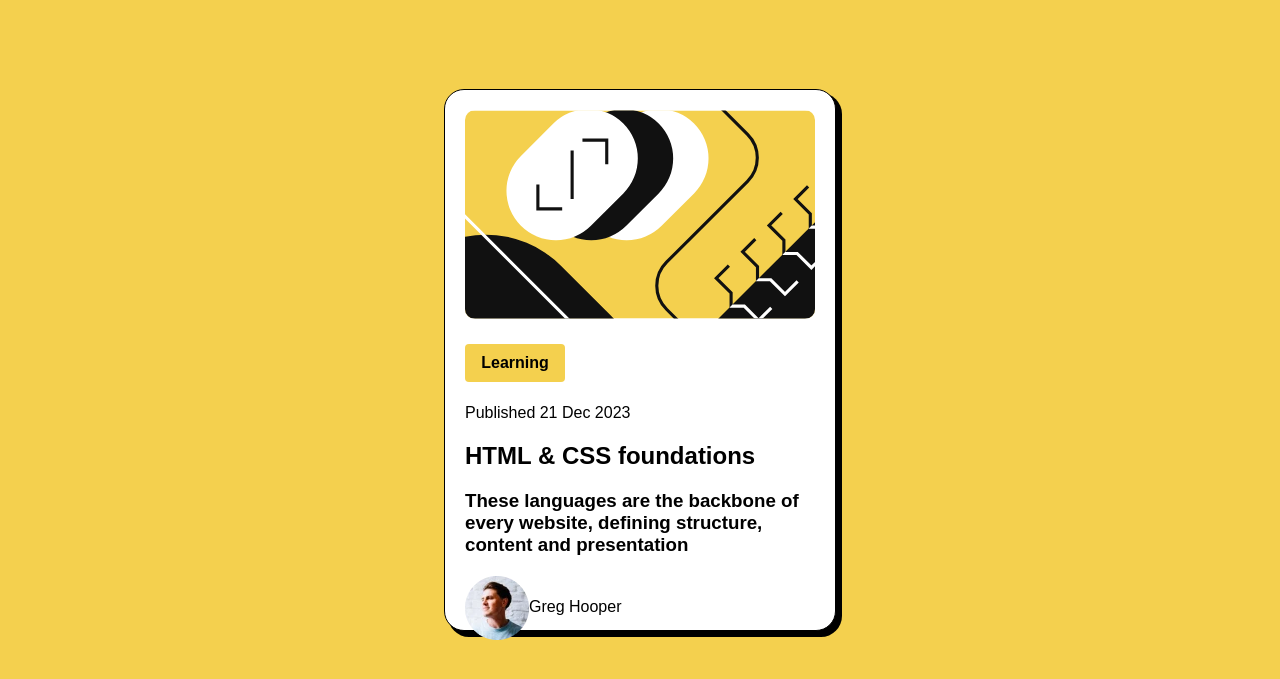
Repository: brandontaylor1/blogpreviewcard
Page: index.html
These files come from the project's save history. The page is drawn as it stood at one moment and after a run of saves; the edit follows.
The browser window is 1280 px wide. The pictures show the whole page.

Above is the page before, as saved 2024-12-25 11:19:16.

### index.html
<!DOCTYPE html>
<html lang="en">
<head>
    <meta charset="UTF-8">
    <meta name="viewport" content="width=device-width, initial-scale=1.0">
    <link rel="stylesheet" href="./index.css">
    <title>HTML & CSS Foundations</title>
</head>
<body>
    <main class="container">
        <div class="img-container">
            <img src="./images/illustration-article.svg" class="heading-img" alt="">
        </div>
        <div class="card-content">
            <p id="learning-tag">Learning</p>
            <div class="card-content-text">
                <p>Published 21 Dec 2023</p>
                <h2>HTML & CSS foundations</h2>
                <h3>These languages are the backbone of every website, defining structure, content and presentation</h3>
            </div>
        </div>
        <div class="user-footer">
            <img src="./images/image-avatar.webp" alt="person-image">
            <p>Greg Hooper</p>
        </div>
    </main>

    <script src="index.js"></script>
</body>
</html>

### index.css
:root {
    /* COLORS */
    --primary-yellow: hsl(47, 88%, 63%);
    --primary-white: hsl(0, 0%, 100%);
    --primary-gray-reg: hsl(0, 0%, 42%);
    --primary-gray-bold: hsl(0, 0%, 7%);

    --main-font-size: 16px;

    --main-font-family: 'Figtree', sans-serif;
    --main-font-weight-reg: 500;
    --main-font-weight-bold: 800;
}


body {
    box-sizing: border-box;
    margin: 0;
    padding: 0;
    height: 100vh;
    font-family: var(--main-font-family);
    display: flex;
    align-items: center;
    justify-content: center;
    background-color: var(--primary-yellow);
}

.container {
    width: 350px;
    height: 500px;
    margin: 0 auto;
    padding: 0 20px;
    background-color: var(--primary-white);
    width: 350px;
    padding: 20px;
    border-radius: 20px;
    border: 1px solid black;
    box-shadow: 5px 5px 0 1px rgba(0, 0, 0, 1);
    transition: box-shadow 0.3s ease;
}

.container:hover {
    box-shadow: 0 0 0 0 rgba(0, 0, 0, 0.5);
}

.heading-img {
    width: 100%;
    margin-bottom: 5px;
    border-radius: 10px;
}

.card-content {
    width: 100%;
    display: flex;
    flex-direction: column;
    align-items: left;
    justify-content: left;
}

#learning-tag {
    background-color: var(--primary-yellow);
    padding: 10px;
    border-radius: 4px;
    font-weight: var(--main-font-weight-bold);
    width: 80px;
    text-align: center;

}

.card-content-text {
    margin-top: -10px;
}




.user-footer {
    display: flex;
    align-items: center;

}

Loaded but not shown: index.js (no stored copy; drawn as an empty file)

After the next 2 saves:
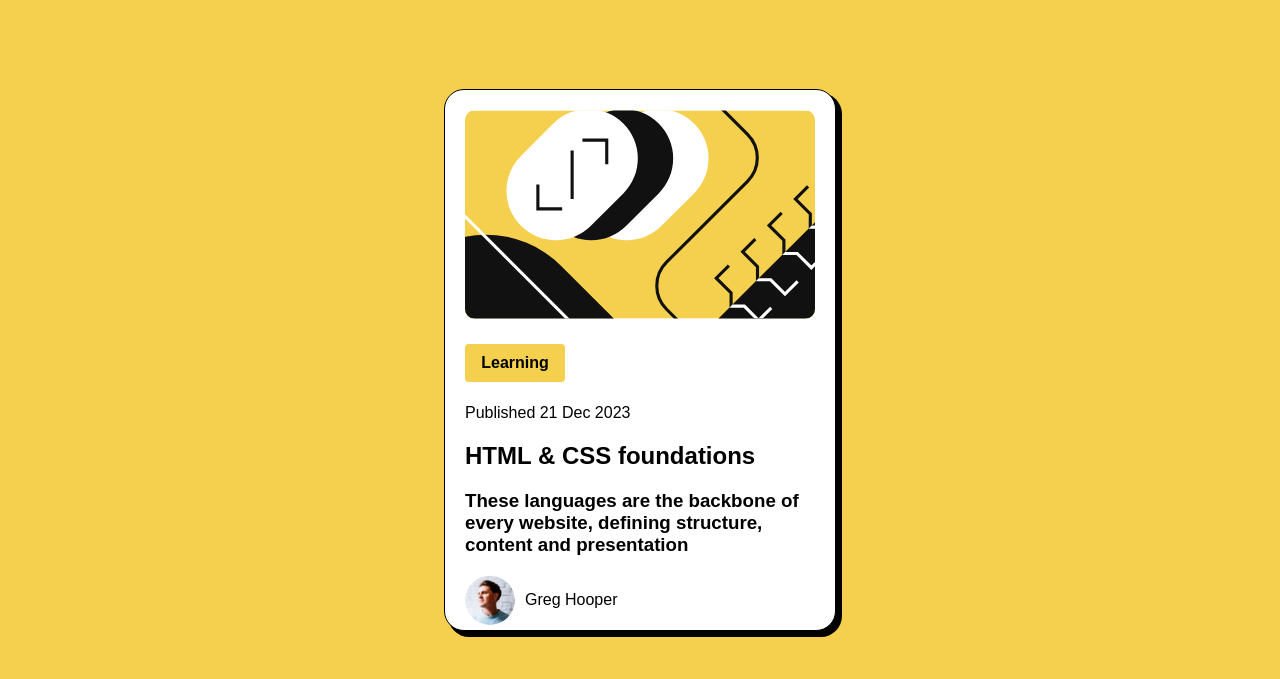
The 2 saves are shown as one change because they came seconds apart.
The last was saved 13 s later.
--- a/index.css
+++ b/index.css
@@ -79,3 +79,10 @@ body {
     align-items: center;
 
 }
+
+.user-footer img {
+    width: 50px;
+    height: 50px;
+    border-radius: 50%;
+    margin-right: 10px;
+}
